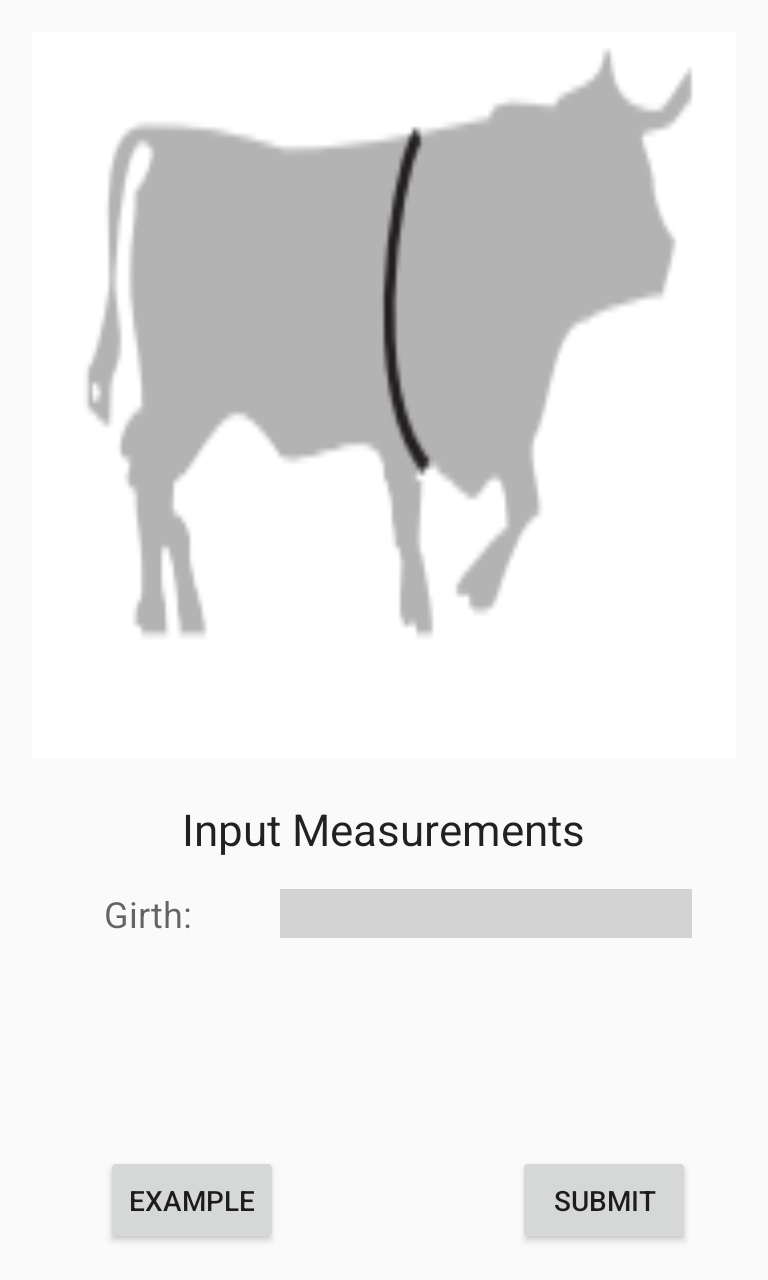
Repository: jdmielke/AnimalApp
Layout: AWEA/res/layout/activity_beefcow_measurement.xml
An editor plug-in stored every save of this project. The layout is shown before and after the next save, followed by the edit.
It is drawn on a 768 x 1280 px phone screen (xhdpi) without system bars, with theme AppTheme; the app's code is not run.

Above is the layout before, as saved 2014-11-12 19:18:17.

### AWEA/res/layout/activity_beefcow_measurement.xml
<?xml version="1.0" encoding="utf-8"?>
<RelativeLayout xmlns:android="http://schemas.android.com/apk/res/android"
    xmlns:tools="http://schemas.android.com/tools"
    android:layout_width="match_parent"
    android:layout_height="match_parent"
    android:clipChildren="false"
    android:clipToPadding="false"
    android:paddingBottom="@dimen/activity_vertical_margin"
    android:paddingLeft="@dimen/activity_horizontal_margin"
    android:paddingRight="@dimen/activity_horizontal_margin"
    android:paddingTop="@dimen/activity_vertical_margin"
    tools:context=".CowDairyMeasurementActivity" >

    <TextView
        android:id="@+id/textView1"
        android:layout_width="wrap_content"
        android:layout_height="wrap_content"
        android:layout_alignParentBottom="true"
        android:layout_centerHorizontal="true"
        android:layout_marginBottom="195dp"
        android:text="Input Measurements"
        android:textAppearance="?android:attr/textAppearanceLarge" />

    <TextView
        android:id="@+id/textView2"
        android:layout_width="wrap_content"
        android:layout_height="wrap_content"
        android:layout_alignParentLeft="true"
        android:layout_alignTop="@+id/textView1"
        android:layout_marginLeft="36dp"
        android:layout_marginTop="45dp"
        android:text="Girth:"
        android:textAppearance="?android:attr/textAppearanceMedium" />

    <Button
        android:id="@+id/button1"
        android:layout_width="wrap_content"
        android:layout_height="wrap_content"
        android:layout_alignParentBottom="true"
        android:layout_alignParentRight="true"
        android:layout_marginRight="22dp"
        android:text="Submit"
        android:onClick="goToMain"/>/>

    <Button
        android:id="@+id/goToMain"
        android:layout_width="wrap_content"
        android:layout_height="wrap_content"
        android:layout_alignBaseline="@+id/button1"
        android:layout_alignBottom="@+id/button1"
        android:layout_alignParentLeft="true"
        android:layout_marginLeft="36dp"
        android:text="Example"
        android:onClick="goToMain"/>

    <EditText
        android:id="@+id/editText1"
        android:layout_width="wrap_content"
        android:layout_height="wrap_content"
        android:layout_alignRight="@+id/button1"
        android:layout_alignTop="@+id/textView2"
        android:layout_toRightOf="@+id/goToMain"
        android:background="#d3d3d3"
        android:digits="1234567890"
        android:ems="10"
        android:inputType="number|phone"
        android:singleLine="true" />

    <ImageView
        android:id="@+id/imageView1"
        android:layout_width="wrap_content"
        android:layout_height="wrap_content"
        android:layout_above="@+id/textView1"
        android:layout_alignParentLeft="true"
        android:layout_alignParentRight="true"
        android:layout_alignParentTop="true"
        android:paddingBottom="20dp"
        android:scaleType="fitXY"
        android:src="@drawable/beefdiagram" />

</RelativeLayout>

Loaded but not shown: AWEA/res/values/styles.xml (common file); AWEA/res/values-v11/styles.xml (common file); AWEA/res/values-v14/styles.xml (common file); AWEA/res/values/dimens.xml (common file); AWEA/res/values-w820dp/dimens.xml (common file)

After the next save:
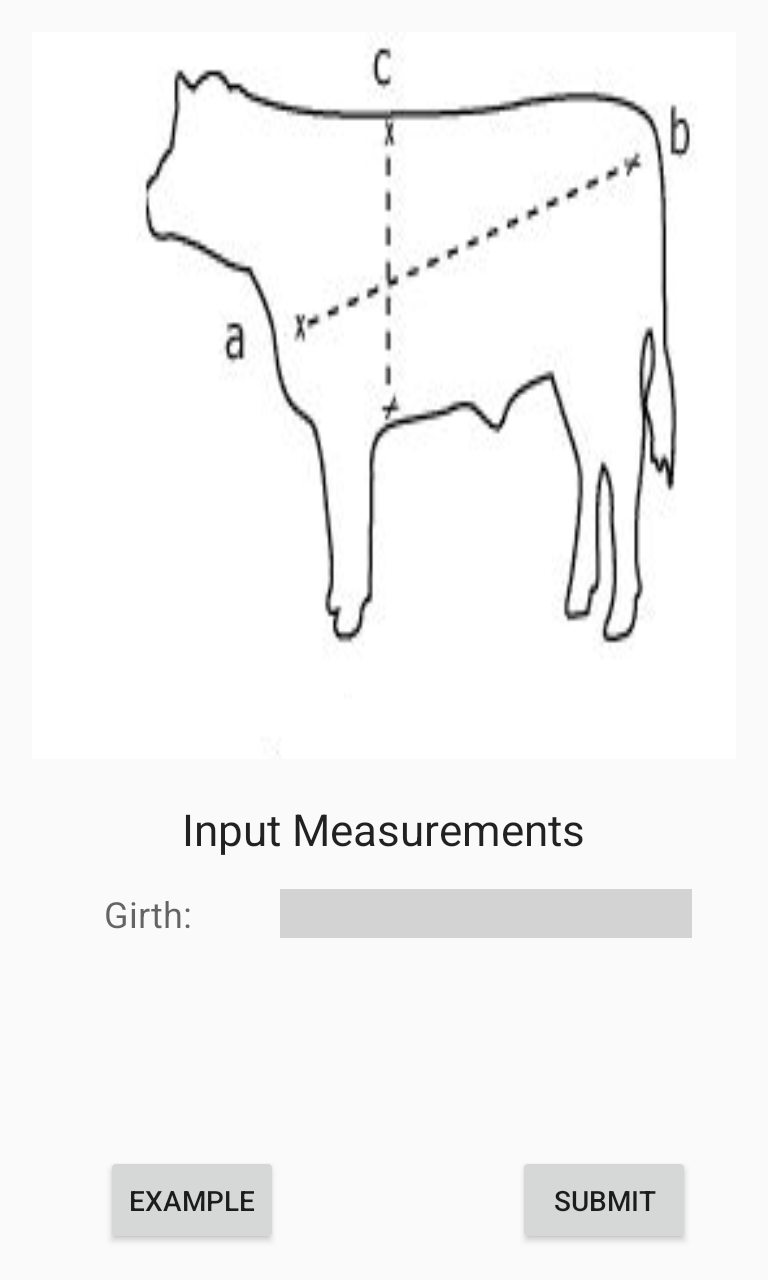
Saved 16 s later.
--- a/AWEA/res/layout/activity_beefcow_measurement.xml
+++ b/AWEA/res/layout/activity_beefcow_measurement.xml
@@ -76,6 +76,6 @@
         android:layout_alignParentTop="true"
         android:paddingBottom="20dp"
         android:scaleType="fitXY"
-        android:src="@drawable/beefdiagram" />
+        android:src="@drawable/dairydiagram" />
 
 </RelativeLayout>

After the save that followed:
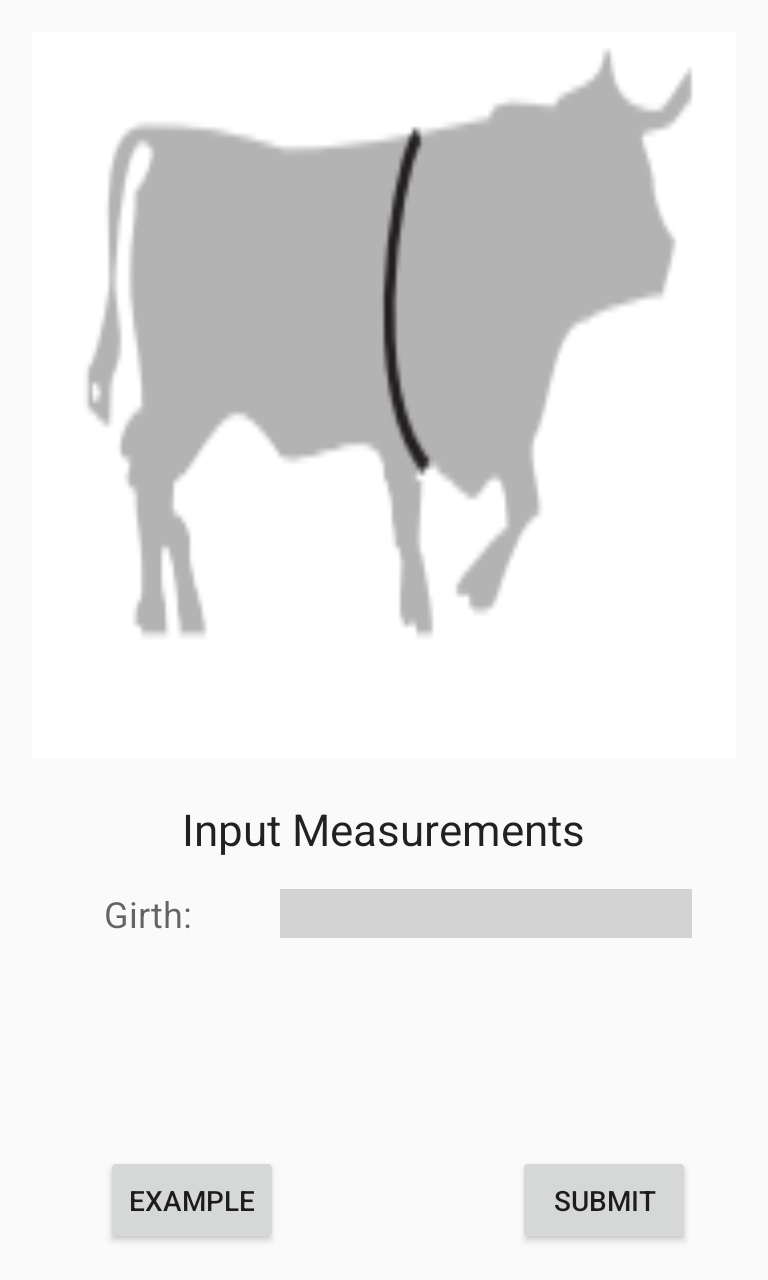
Saved 2 min 6 s later.
--- a/AWEA/res/layout/activity_beefcow_measurement.xml
+++ b/AWEA/res/layout/activity_beefcow_measurement.xml
@@ -76,6 +76,6 @@
         android:layout_alignParentTop="true"
         android:paddingBottom="20dp"
         android:scaleType="fitXY"
-        android:src="@drawable/dairydiagram" />
+        android:src="@drawable/beefdiagram" />
 
 </RelativeLayout>
